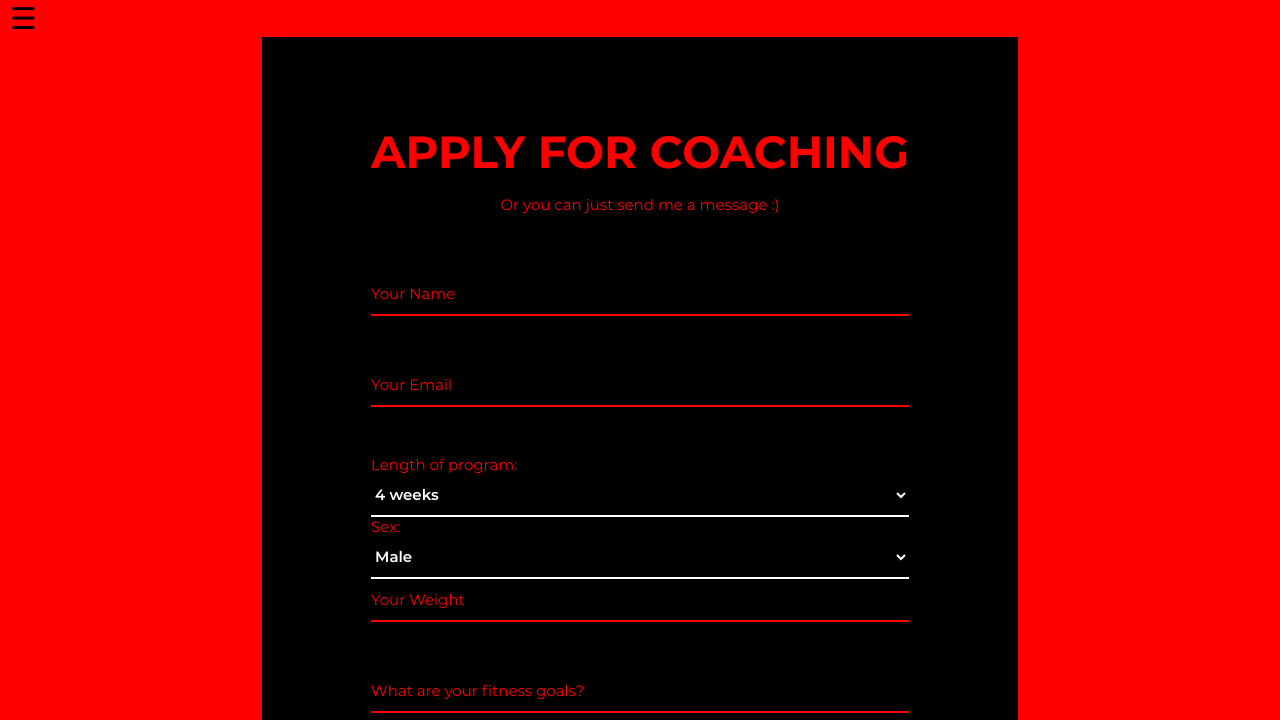
Repository: mamadont/MamadouFitnessWebsite
Page: pages-html/contact-me.html
The author's editor kept a copy of each file at every save. The page is drawn from the files as they stood at one save, then again after the next save.
The browser window is 1280 px wide. The pictures show the whole page.
An inner scrolling area shows only its first screen. Some web libraries are served in a nearby version.

Above is the page before, as saved 2020-07-08 01:31:19.

After the next save:
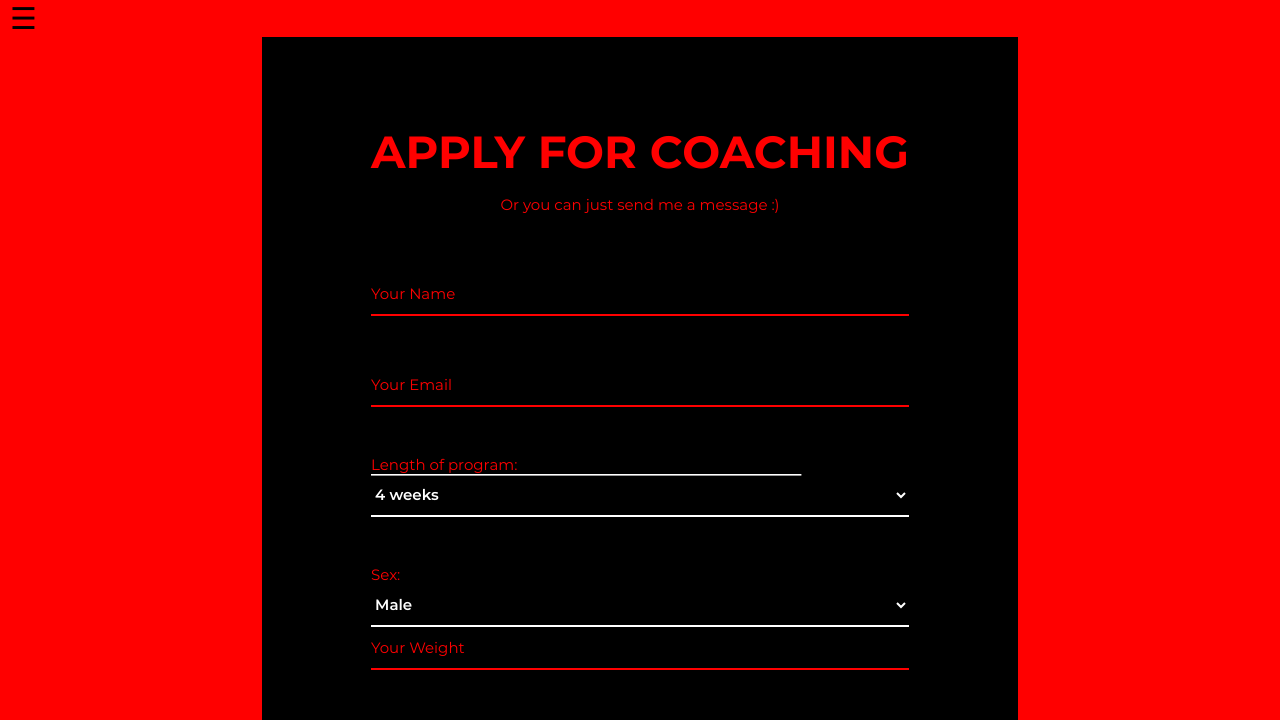
Saved 19 s later.
--- a/pages-html/contact-me.html
+++ b/pages-html/contact-me.html
@@ -39,9 +39,7 @@
 						<span class="border"></span>
                     </label>
                     <label class="form-group">
-
-                    </label>
-                    <label for="cars">Length of program:</label>
+<label for="cars">Length of program:</label>
                     <select class="form-control" name="cars" id="cars">
                                 <option value="4">4 weeks</option>
                                 <option value="6">6 weeks</option>
@@ -50,6 +48,8 @@
                                 <option value="other">Other</option>
                             </select>
                     <span class="border"></span>
+                    </label>
+
 
                     <label for="cars">Sex:</label>
                     <select class="form-control" name="cars" id="cars">
